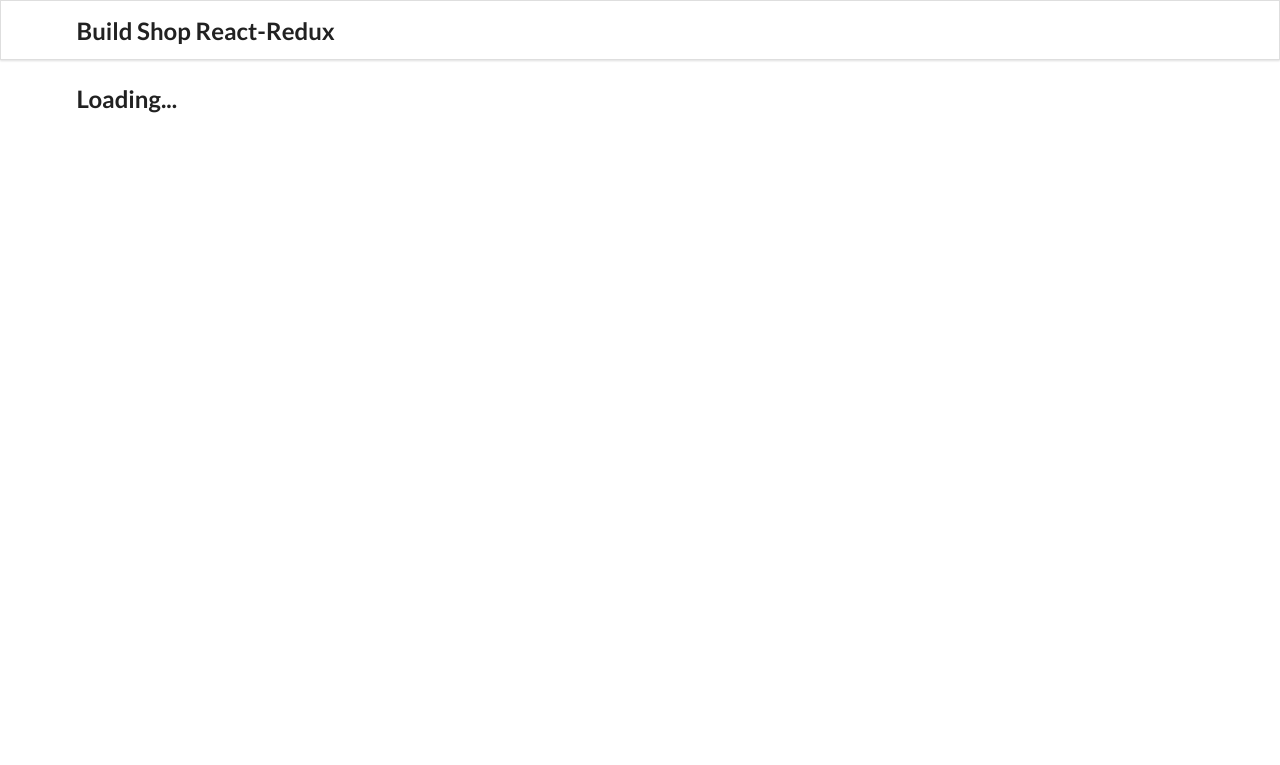
Repository: fdhhhdjd/React-Redux-Clothers-Calculate
Page: /
These files come from the project's save history. The page is drawn as it stood at one moment and after the next save; the edit follows.
The browser window is 1280 px wide. The pictures show the whole page.
The page's requests for data from a server got no answer. The project was rebuilt for these pictures with package versions that can differ from the ones it lists, and the page was loaded fresh each time. No one was signed in, and anything a server would have sent is missing. Also part of the build but not shown: src/Components/ProductList.js.

Above is the page before, as saved 2021-11-03 15:31:41.

After the next save:
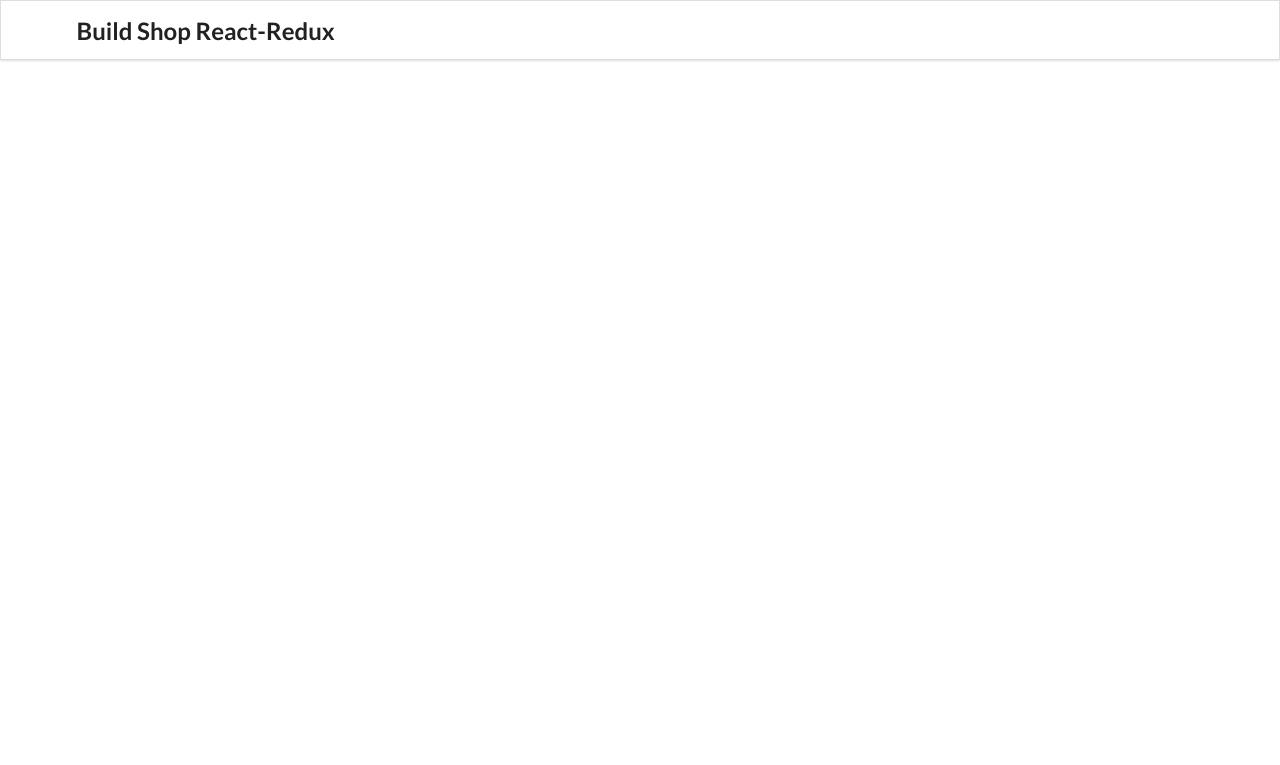
Saved 19 s later.
--- a/src/Pages/Home.js
+++ b/src/Pages/Home.js
@@ -13,7 +13,7 @@ const Home = () => {
   return (
     <>
       <div className="ui grid container">
-        {loading ? (
+        {!loading ? (
           <>
             {" "}
             {cart.map((item, index) => {
